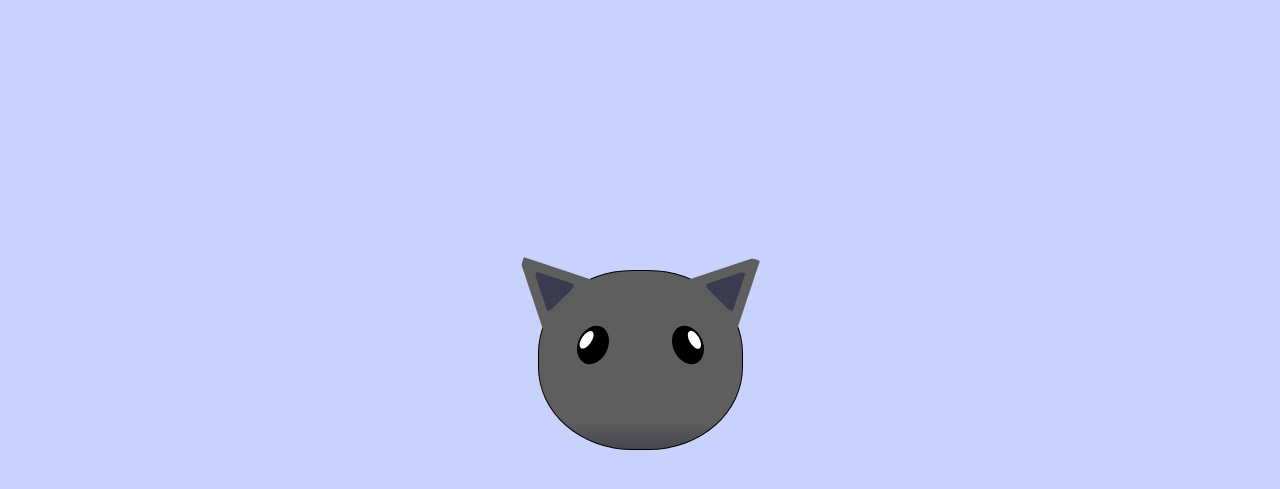
Repository: Lungdjos/cat_painting
Page: index.html
These files come from the project's save history. The page is drawn as it stood at one moment and after a run of saves; the edit follows.
The browser window is 1280 px wide. The pictures show the whole page.

Above is the page before, as saved 2023-11-09 23:41:11.

### index.html
<!DOCTYPE html>
<html lang="en">

<head>
    <meta charset="UTF-8">
    <meta name="viewport" content="width=device-width, initial-scale=1.0">
    <title>fCC Cat Painting</title>
    <link rel="stylesheet" href="./styles.css">
</head>

<body>
    <main>
        <div class="cat-head">
            <div class="cat-ears">
                <div class="cat-right-ear">
                    <div class="cat-right-inner-ear"></div>
                </div>
                <div class="cat-left-ear">
                    <div class="cat-left-inner-ear"></div>
                </div>
            </div>
            <div class="cat-eyes">
                <div class="cat-left-eye">
                    <div class="cat-left-inner-eye"></div>
                </div>
                <div class="cat-right-eye">
                    <div class="cat-right-inner-eye"></div>
                </div>
            </div>
            <div class="cat-nose"></div>
        </div>
    </main>

</body>

</html>

### styles.css
* {
    box-sizing: border-box;
}

body {
    background-color: #c9d2fc;
}

.cat-head {
    position: absolute;
    right: 0;
    left: 0;
    top: 0;
    bottom: 0;
    margin: auto;
    background: linear-gradient(#5e5e5e 85%, #45454f 100%);
    width: 205px;
    height: 180px;
    border: 1px solid #000;
    border-radius: 46%;
}

.cat-left-ear {
    position: absolute;
    top: -26px;
    left: -31px;
    z-index: 1;
    border-top-left-radius: 90px;
    border-top-right-radius: 10px;
    transform: rotate(-45deg);
    border-left: 35px solid transparent;
    border-right: 35px solid transparent;
    border-bottom: 70px solid #5e5e5e;
}

.cat-right-ear {
    position: absolute;
    top: -26px;
    left: 163px;
    z-index: 1;
    transform: rotate(45deg);
    border-top-left-radius: 90px;
    border-top-right-radius: 10px;
    border-left: 35px solid transparent;
    border-right: 35px solid transparent;
    border-bottom: 70px solid #5e5e5e;
}

.cat-left-inner-ear {
    position: absolute;
    top: 22px;
    left: -20px;
    border-top-left-radius: 90px;
    border-top-right-radius: 10px;
    border-bottom-right-radius: 40%;
    border-bottom-left-radius: 40%;
    border-left: 20px solid transparent;
    border-right: 20px solid transparent;
    border-bottom: 40px solid #3b3b4f;
}

.cat-right-inner-ear {
    position: absolute;
    top: 22px;
    left: -20px;
    border-top-left-radius: 90px;
    border-top-right-radius: 10px;
    border-bottom-right-radius: 40%;
    border-bottom-left-radius: 40%;
    border-left: 20px solid transparent;
    border-right: 20px solid transparent;
    border-bottom: 40px solid #3b3b4f;
}

.cat-left-eye {
    position: absolute;
    top: 54px;
    left: 39px;
    border-radius: 60%;
    transform: rotate(25deg);
    width: 30px;
    height: 40px;
    background-color: #000;
}

.cat-right-eye {
    position: absolute;
    top: 54px;
    left: 134px;
    border-radius: 60%;
    transform: rotate(-25deg);
    width: 30px;
    height: 40px;
    background-color: #000;
}

.cat-left-inner-eye {
    position: absolute;
    top: 8px;
    left: 2px;
    width: 10px;
    height: 20px;
    transform: rotate(10deg);
    background-color: #fff;
    border-radius: 60%;
}

.cat-right-inner-eye {
    position: absolute;
    top: 8px;
    left: 18px;
    border-radius: 60%;
    transform: rotate(-5deg);
    width: 10px;
    height: 20px;
    background-color: #fff;
}

.cat-nose {
    border-left: 15px solid transparent;
    border-right: 15px solid transparent;
    border-bottom: 20px solid #;
}

After the next 2 saves:
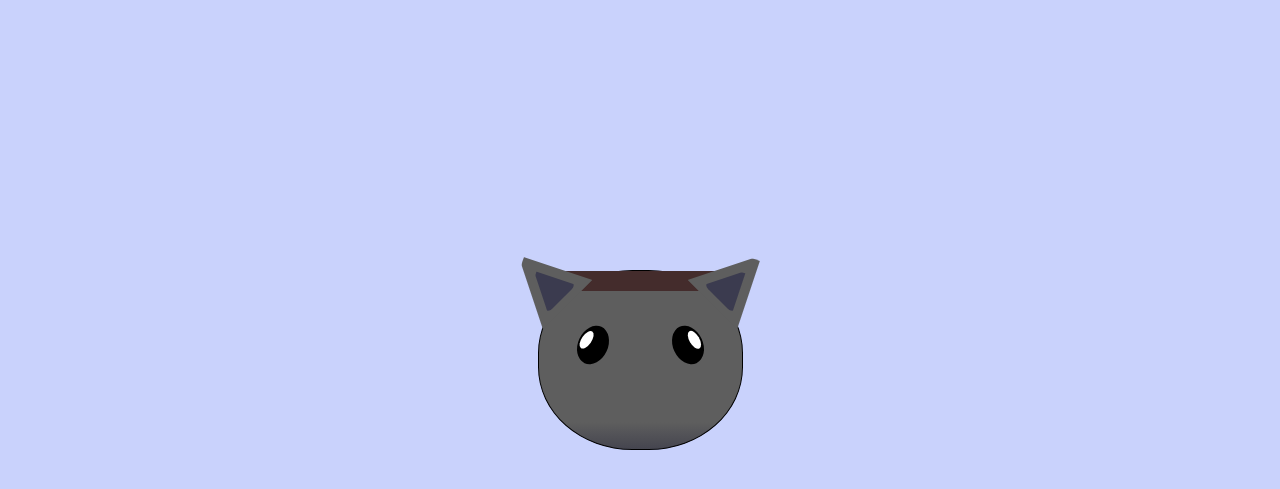
The 2 saves are shown as one change because they came seconds apart.
The last was saved 10 s later.
--- a/styles.css
+++ b/styles.css
@@ -119,5 +119,5 @@ body {
 .cat-nose {
     border-left: 15px solid transparent;
     border-right: 15px solid transparent;
-    border-bottom: 20px solid #;
+    border-bottom: 20px solid #442c2c;
 }
